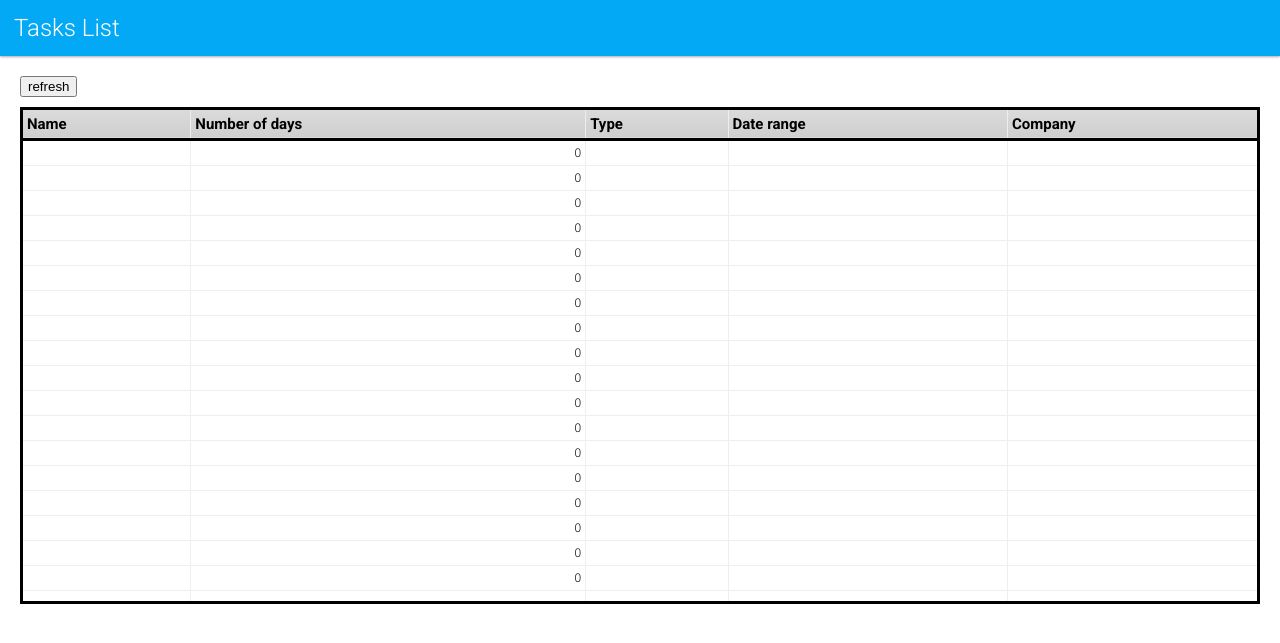
Repository: Megan74/Test-Vanilla-JS
Page: index.html
The author's editor kept a copy of each file at every save. The page is drawn from the files as they stood at one save, then again after the next save.
The browser window is 1280 px wide. The pictures show the whole page.

Above is the page before, as saved 2022-06-26 18:50:57.

### index.html
<!DOCTYPE html>
<html>
<head>
    <meta charset="utf-8">
    <link href='http://fonts.googleapis.com/css?family=Roboto:400,300,700' rel='stylesheet' type='text/css'>
    <link href="css/styles.css" rel="stylesheet" type="text/css">
</head>
<body>
<header>
    <h1>Tasks List</h1>
</header>
<div class="content">
    <input type="button" value="refresh" id="refreshBtn">

    <div id="dataTable" class="Result">
    </div>
</div>
<script type="module" src="js/_components/tasks-table.component.js"></script>
<script type="module" src="js/service/data.service.js"></script>
<script type="module" src="js/main.js"></script>
</body>
</html>

### css/styles.css
body {
    font-family: 'Roboto', 'Sans Serif';
    font-size: 16px;
    padding: 0;
    margin: 0;
}

header {
    background-color: #03A9F4;
    padding: 14px;
    box-shadow: 0 1px 3px rgba(0,0,0,0.12), 0 1px 2px rgba(0,0,0,0.24);
}

h1, h2, h3 {
    font-weight: 300;
}

header > h1 {
    font-weight: 300;
    font-size: 24px;
    margin: 0;
    color: #FFFFFF;
}

h2 {
    font-size: 22px;
    margin: 20px 0 0 0;
}

h2 > .currency {
    color: #0288D1;
}

h3 {
    margin: 10px 0 28px 0;
}

h3 > span {
    color: #0288D1;
}

.principal {
    color: #0288D1;
}

.interest {
    color: #EF6C00;
}

input[type=text] {
    -webkit-appearance: none;
    width: 150px;
    height: 24px;
    padding: 3px 8px;
    font-size: 14px;
    line-height: 1.42857143;
    color: #555;
    border: 1px solid #ccc;
    border-radius: 2px;
    -webkit-box-shadow: none;
    box-shadow: none;
}

table {
    border-collapse: collapse;
    font-weight: 300;
    font-size: 12px;
}

th {
    text-align: right;
    font-weight: 400;
}

td {
    text-align: right;
    padding: 0 .5rem;
}

th,
td {
    border: solid 1px #EEEEEE !important;
    padding: 1px 4px;
}

label {
    display: inline-block;
    width: 80px;
    text-align: right;
    margin-right: 4px;
}

.content {
    padding: 20px;
}

.bar {
    display: inline-block;
    border: none;
    height: 8px;
}

.bar.principal {
    background-color: #0288D1;
    margin-right:1px;
}

.bar.interest {
    background-color: #EF6C00;
    margin-left:1px;
}

.stretch {
    width: 100%;
    padding-left:0;
    padding-right:0;
}

.flex {
    display: -webkit-flex;
    display: flex;
}

.currency::before {
    content:"$";
}

.left {
    text-align: left;
}

.form > div {
    margin: 6px 0;
}

button {
    text-transform: none;
    -webkit-appearance: none;
    cursor: pointer;
    padding: 12px 18px;
    border-radius: 2px;
    background: #FCFCFC;
    font-size: 16px;
    border: solid 1px #ddd;
    color: #444;
}

button:hover {
    background: #F4F4F4;
    border: solid 1px #ccc;
}

button:active {
    background: #FEFEFE;
    border: solid 1px #ddd;
}

button:focus {
    outline:0;
}

.Result {
    padding: 10px 0;
}
table.Tasks {
    border: 3px solid #000000;
    width: 100%;
    text-align: left;
    border-collapse: collapse;
}
table.Tasks td, table.Tasks th {
    border: 1px solid #000000;
    padding: 5px 4px;
}
table.Tasks tbody td {
    font-size: 13px;
}
table.Tasks thead {
    background: #CFCFCF;
    background: -moz-linear-gradient(top, #dbdbdb 0%, #d3d3d3 66%, #CFCFCF 100%);
    background: -webkit-linear-gradient(top, #dbdbdb 0%, #d3d3d3 66%, #CFCFCF 100%);
    background: linear-gradient(to bottom, #dbdbdb 0%, #d3d3d3 66%, #CFCFCF 100%);
    border-bottom: 3px solid #000000;
}
table.Tasks thead th {
    font-size: 15px;
    font-weight: bold;
    color: #000000;
    text-align: left;
}
table.Tasks tfoot {
    font-size: 14px;
    font-weight: bold;
    color: #000000;
    border-top: 3px solid #000000;
}
table.Tasks tfoot td {
    font-size: 14px;
}

table.Tasks > tr:hover td {
    cursor: pointer;
    background-color: #bfbfbf;
}

### js/_components/tasks-table.component.js
window.TasksTableComponent = (function (window) {
    'use strict'

    //TasksTableComponent render the global function with tasks as
    //parameters
    return function  (tasks) {
        var self = this;

        self.tasks = toString(tasks);

        self.columns = [
            {
                label: 'Name',
                property: 'TxtCivilName',
                aggregateFn: (item) => {
                    return 1;
                },
                aggregateLabel: 'Number of tasks : ',
            },
            {
                label: 'Number of days',
                property: 'NumDaysRequested',
                defaultValue: '0',
                aggregateFn: (item) => {
                    return item['NumDaysRequested'];
                },
                aggregateLabel: 'Total (in days) : ',
            },
            {
                label: 'Type',
                property: 'TxtType'
            },
            {
                label: 'Date range',
                property: 'TxtDateRange',
            },
            {
                label: 'Company',
                property: 'TxtCompanyName',
            }
        ];

        return {
            render,
            setTasks,
        }

        /**
         * render data
         * @param element
         */
        function render(element) {
            console.log(getTableElement());
            element.innerHTML = '';
            element.append(getTableElement());
        }

        /**
         * Return the html
         * @returns {HTMLTableElement}
         */
        function getTableElement() {
            var tableEl = document.createElement('table');
            tableEl.setAttribute('class', 'Tasks');
            for (var i = 0; i < self.tasks.length; i++) {
                var task = self.tasks[i];
                if (i === 0) {
                    tableEl.append(getHeaderElement(task));
                }
                var line = getLineElement(task);
                tableEl.append(line);
                line.addEventListener('click', function(){
                   alert(task.TxtCivilName);
                });
            }
            tableEl.append(getFooterElement(self.aggregatedValues));
            return tableEl;
        }


        /**
         * Return the content of a line in HTML string
         *
         * @returns {HTMLTableSectionElement}
         */
        function getHeaderElement() {
            var columns = [];
            for (var i = 0; i < self.columns.length; i++) {
                var col = self.columns[i];
                columns.push(`<th>${col.label}</th>`);
            }

            var head = document.createElement('thead');
            head.innerHTML = `<tr>${columns.join('')}</tr>`
            return head;
        }

        /**
         * Return the content of a line in HTML string
         *
         * @param task
         * @returns {HTMLTableSectionElement}
         */
        function getLineElement(task) {
            var columns = [];

            for (var i = 0; i < self.columns.length; i++) {
                var col = self.columns[i];
                columns.push(`<td>${task[col.property] || col.defaultValue || ''}</td>`);
            }

            var tr = document.createElement('tr');
            tr.innerHTML = columns.join('');
            return tr;
        }

        /**
         * Return the content of a footer line in HTML string
         *
         * @param aggregatedLine
         * @returns {HTMLTableSectionElement}
         */
        function getFooterElement(aggregatedLine) {
            var columns = [];
             var aggregatedLine ={};
            for (var i = 0; i < self.columns.length; i++) {
                var col = self.columns[i];
                if(aggregatedLine.hasOwnProperty(col.property)){
                    columns.push(`<td>${col.aggregateLabel} ${aggregatedLine[col.property]}</td>`);
                } else {
                    columns.push(`<td></td>`);
                }
            }
            var tfoot = document.createElement('tr');
            tfoot.innerHTML =`<tfoot><tr>${columns.join('')}</tr></tfoot>`;
            return tfoot;
        }




        function setTasks(tasks) {
            this.tasks = tasks;
            this.aggregatedValues = getAggregatedValues(tasks);
        }

        /**
         * Return aggregated values from given tasks data
         *
         * @param tasks
         * @returns {{}}
         */
        function getAggregatedValues(tasks) {
             var aggregatedValues = {};
            for(var i = 0; i < tasks.length; i++) {
                var task = tasks[i];
                for(var j = 0; j < self.columns.length; j++) {
                    var col = self.columns[j];
                    if(col.hasOwnProperty('aggregateFn')){
                        aggregatedValues[col.property] += col.aggregateFn(task);
                    }else if (!aggregatedValues.hasOwnProperty(col.property)){
                        aggregatedValues[col.property] = 0;
                    }
                }
            }
            return aggregatedValues;
        }
    };

})(window)

### js/main.js

(function (window, document) {


    init();
    var tasksTable;
    var companiesList = [];

    async function init() {
        tasksTable = await new TasksTableComponent(); //async/await added to avoid unresolved promises

        document.getElementById('refreshBtn').addEventListener('click', function () {
            updateTable();
        });

        updateCompanies()
        updateTable();
    }

    function updateTable() {
        var isLoading = true;
        document.getElementById('dataTable').innerHTML = 'Loading...';

        return dataService.getTranslations().then(onTranslationsReady);

        function onTranslationsReady(translations) {
            if(!translations){
                translations = {types : {}};
            }
            getTasks(translations.types).then((tasks) => {
                tasksTable.setTasks(tasks);
                isLoading = false;
                tasksTable.render(document.getElementById('dataTable'));
            });
        }
    }

    function updateCompanies() {
        return dataService.getCompanies().then(function (companies) {
            companiesList = companies;
        });
    }

    function getTasks(typeTranslations) {
        return dataService.getTasks().then((tasks) => {
            var tasks = tasks.map(task => {
                return getTaskItemFromXml(task, typeTranslations)
            });
            return tasks;
        });

        function getTaskItemFromXml(task, typeTranslations) {
            task = convertXmlToJson(task);
            var taskItem = {};
            for (var i in task.Item) {
                taskItem[i] = task.Item[i]['#text'];
            }
            taskItem.NumDaysRequested = parseInt(taskItem.NumDaysRequested);
            taskItem.TxtCompanyName = getCompanyFromId(taskItem.NumCompanyId).name;
            taskItem.TxtType = typeTranslations[taskItem.TxtType] || taskItem.TxtType;
            return taskItem;
        }
    }

    /**
     * Return a company from its id
     *
     *
     * @param companyId
     * @returns {*[]}
     */
    function getCompanyFromId(companyId) {
        companyId = parseInt(companyId);
        var filtered = companiesList.filter(company => company.id === companyId);
        if (filtered.length) {
            return filtered[0];
        } else {
            return {
                name: 'Company doesn\'t exist'
            };
        }
    }


    /**
     * Convert XML to JSON
     * @param xml
     * @returns {null|any}
     */
    function convertXmlToJson(xml) {
        const tab = '';
        if (!xml) {
            return null;
        }

        if (typeof xml === 'string') {
            const parser = new DOMParser();
            xml = parser.parseFromString(xml, 'text/xml');
        }

        var X = {
            toObj: function (xml) {
                var o = {};
                if (xml.nodeType == 1) {   // element node ..
                    if (xml.attributes.length)   // element with attributes  ..
                        for (var i = 0; i < xml.attributes.length; i++)
                            o["@" + xml.attributes[i].nodeName] = (xml.attributes[i].nodeValue || "").toString();
                    if (xml.firstChild) { // element has child nodes ..
                        var textChild = 0, cdataChild = 0, hasElementChild = false;
                        for (var n = xml.firstChild; n; n = n.nextSibling) {
                            if (n.nodeType == 1) hasElementChild = true;
                            else if (n.nodeType == 3 && n.nodeValue.match(/[^ \f\n\r\t\v]/)) textChild++; // non-whitespace text
                            else if (n.nodeType == 4) cdataChild++; // cdata section node
                        }
                        if (hasElementChild) {
                            if (textChild < 2 && cdataChild < 2) { // structured element with evtl. a single text or/and cdata node ..
                                X.removeWhite(xml);
                                for (var n = xml.firstChild; n; n = n.nextSibling) {
                                    if (n.nodeType == 3)  // text node
                                        o["#text"] = X.escape(n.nodeValue);
                                    else if (n.nodeType == 4)  // cdata node
                                        o["#cdata"] = X.escape(n.nodeValue);
                                    else if (o[n.nodeName]) {  // multiple occurence of element ..
                                        if (o[n.nodeName] instanceof Array)
                                            o[n.nodeName][o[n.nodeName].length] = X.toObj(n);
                                        else
                                            o[n.nodeName] = [o[n.nodeName], X.toObj(n)];
                                    } else  // first occurence of element..
                                        o[n.nodeName] = X.toObj(n);
                                }
                            } else { // mixed content
                                if (!xml.attributes.length)
                                    o = X.escape(X.innerXml(xml));
                                else
                                    o["#text"] = X.escape(X.innerXml(xml));
                            }
                        } else if (textChild) { // pure text
                            if (!xml.attributes.length)
                                o = X.escape(X.innerXml(xml));
                            else
                                o["#text"] = X.escape(X.innerXml(xml));
                        } else if (cdataChild) { // cdata
                            if (cdataChild > 1)
                                o = X.escape(X.innerXml(xml));
                            else
                                for (var n = xml.firstChild; n; n = n.nextSibling)
                                    o["#cdata"] = X.escape(n.nodeValue);
                        }
                    }
                    if (!xml.attributes.length && !xml.firstChild) o = null;
                } else if (xml.nodeType == 9) { // document.node
                    o = X.toObj(xml.documentElement);
                } else
                    alert("unhandled node type: " + xml.nodeType);
                return o;
            },
            toJson: function (o, name, ind) {
                var json = name ? ("\"" + name + "\"") : "";
                if (o instanceof Array) {
                    for (var i = 0, n = o.length; i < n; i++)
                        o[i] = X.toJson(o[i], "", ind + "\t");
                    json += (name ? ":[" : "[") + (o.length > 1 ? ("\n" + ind + "\t" + o.join(",\n" + ind + "\t") + "\n" + ind) : o.join("")) + "]";
                } else if (o == null)
                    json += (name && ":") + "null";
                else if (typeof (o) == "object") {
                    var arr = [];
                    for (var m in o)
                        arr[arr.length] = X.toJson(o[m], m, ind + "\t");
                    json += (name ? ":{" : "{") + (arr.length > 1 ? ("\n" + ind + "\t" + arr.join(",\n" + ind + "\t") + "\n" + ind) : arr.join("")) + "}";
                } else if (typeof (o) == "string")
                    json += (name && ":") + "\"" + o.toString() + "\"";
                else
                    json += (name && ":") + o.toString();
                return json;
            },
            innerXml: function (node) {
                var s = ""
                if ("innerHTML" in node)
                    s = node.innerHTML;
                else {
                    var asXml = function (n) {
                        var s = "";
                        if (n.nodeType == 1) {
                            s += "<" + n.nodeName;
                            for (var i = 0; i < n.attributes.length; i++)
                                s += " " + n.attributes[i].nodeName + "=\"" + (n.attributes[i].nodeValue || "").toString() + "\"";
                            if (n.firstChild) {
                                s += ">";
                                for (var c = n.firstChild; c; c = c.nextSibling)
                                    s += asXml(c);
                                s += "</" + n.nodeName + ">";
                            } else
                                s += "/>";
                        } else if (n.nodeType == 3)
                            s += n.nodeValue;
                        else if (n.nodeType == 4)
                            s += "<![CDATA[" + n.nodeValue + "]]>";
                        return s;
                    };
                    for (var c = node.firstChild; c; c = c.nextSibling)
                        s += asXml(c);
                }
                return s;
            },
            escape: function (txt) {
                return txt.replace(/[\\]/g, "\\\\")
                    .replace(/[\"]/g, '\\"')
                    .replace(/[\n]/g, '\\n')
                    .replace(/[\r]/g, '\\r');
            },
            removeWhite: function (e) {
                e.normalize();
                for (var n = e.firstChild; n;) {
                    if (n.nodeType == 3) {  // text node
                        if (!n.nodeValue.match(/[^ \f\n\r\t\v]/)) { // pure whitespace text node
                            var nxt = n.nextSibling;
                            e.removeChild(n);
                            n = nxt;
                        } else
                            n = n.nextSibling;
                    } else if (n.nodeType == 1) {  // element node
                        X.removeWhite(n);
                        n = n.nextSibling;
                    } else                      // any other node
                        n = n.nextSibling;
                }
                return e;
            }
        };
        if (xml.nodeType == 9) // document node
            xml = xml.documentElement;

        var json = X.toJson(X.toObj(X.removeWhite(xml)), xml.nodeName, "\t");
        const string = "{\n" + tab + (tab ? json.replace(/\t/g, tab) : json.replace(/\t|\n/g, "")) + "\n}"
        return JSON.parse(string);
    }

})(window, document);

Loaded but not shown: js/service/data.service.js (library)

After the next save:
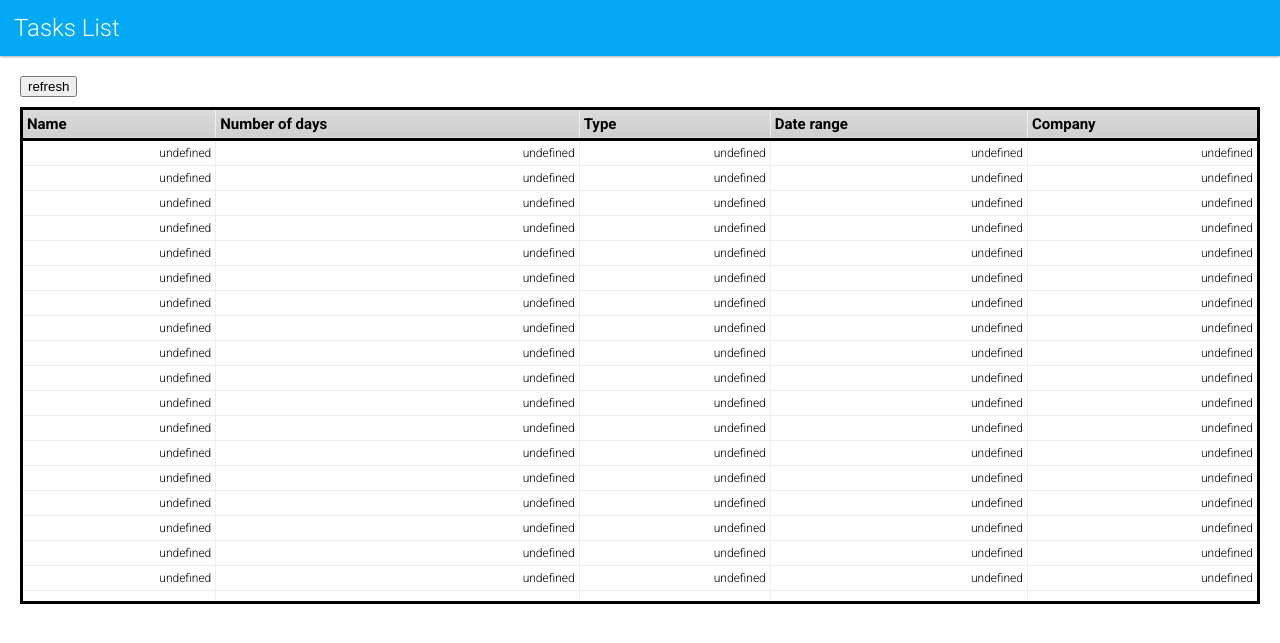
Saved 88 s later.
--- a/js/_components/tasks-table.component.js
+++ b/js/_components/tasks-table.component.js
@@ -106,7 +106,7 @@
 
             for (var i = 0; i < self.columns.length; i++) {
                 var col = self.columns[i];
-                columns.push(`<td>${task[col.property] || col.defaultValue || ''}</td>`);
+                columns.push(`<td>${task[col.property]}</td>`);
             }
 
             var tr = document.createElement('tr');
